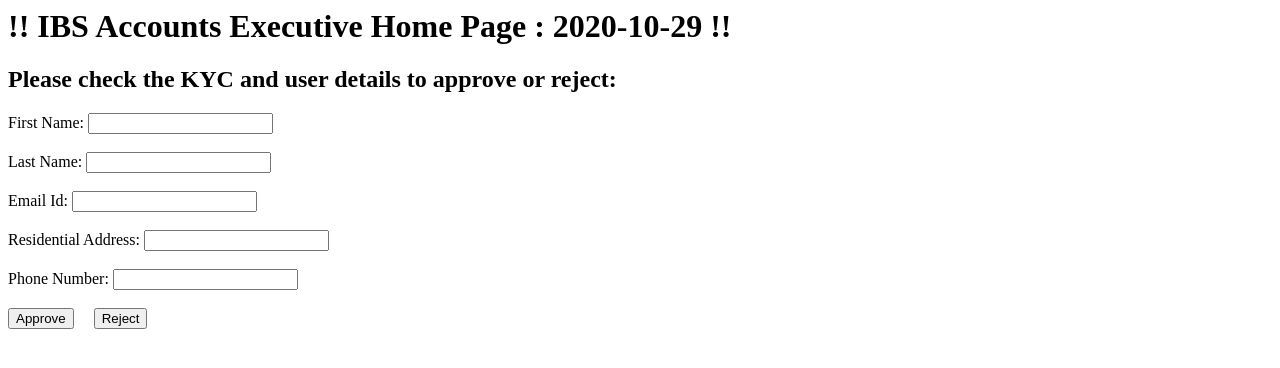
Repository: anik84/ibs
Page: http://localhost/IBS/ibs_accounts_executive_home_form.jsp
An editor plug-in stored every save of this project. The page is shown before and after the next save, followed by the edit.
The browser window is 1280 px wide. The pictures show the whole page.
The page is served by Tomcat 9. Other server files are loaded and not shown.

Above is the page before, as saved 2020-10-29 16:19:03.

### IBS_JSPs/IBS/WebContent/ibs_accounts_executive_home_form.jsp
<%@page import="java.time.LocalDate"%>
<html>
<head>
<title>ibs accounts executive home page</title>
</head>
<body>
	<h1>
		!! IBS Accounts Executive Home Page :
		<%=LocalDate.now()%>
		!!
	</h1>
	<h2>Please check the KYC and user details to approve or reject:</h2>

	<form action="addotherbenefacct" method="POST">
		<div>
			<label>First Name: </label> <input type="text" name="firstName"
				required />
		</div>
		<br />
		<div>
			<label>Last Name: </label> <input type="text" name="lastName"
				required />
		</div>
		<br />
		<div>
			<label>Email Id: </label> <input type="text" name="emailId" required />
		</div>
		<br />
		<div>
			<label>Residential Address: </label> <input type="text"
				name="address" required />
		</div>
		<br />
		<div>
			<label>Phone Number: </label> <input type="number" name="phoneNo"
				required />
		</div>
		<br />
		<div>
			<button>Approve</button>&nbsp;&nbsp;&nbsp;&nbsp;
			<button>Reject</button>
		</div>
	</form>
</body>
</html>

After the next save:
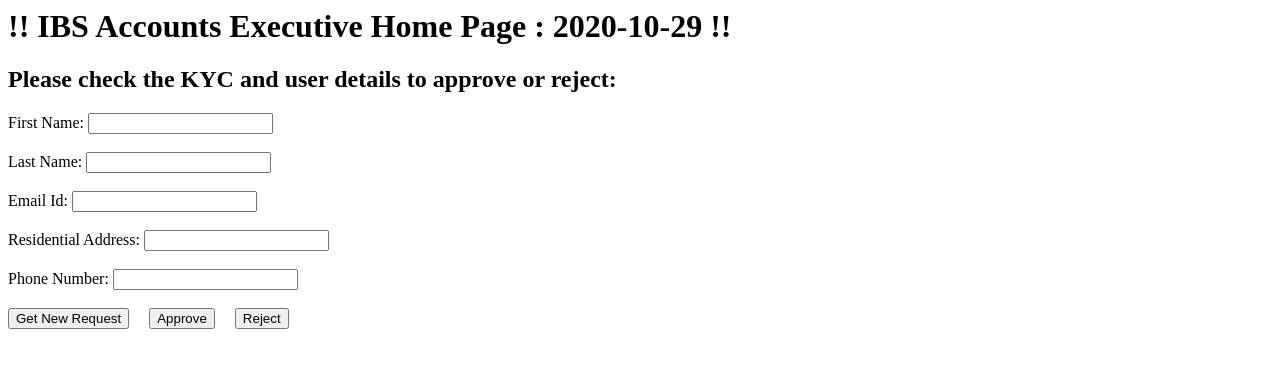
Saved 4 min 23 s later.
--- a/IBS_JSPs/IBS/WebContent/ibs_accounts_executive_home_form.jsp
+++ b/IBS_JSPs/IBS/WebContent/ibs_accounts_executive_home_form.jsp
@@ -37,6 +37,7 @@
 		</div>
 		<br />
 		<div>
+		<button>Get New Request</button>&nbsp;&nbsp;&nbsp;&nbsp;
 			<button>Approve</button>&nbsp;&nbsp;&nbsp;&nbsp;
 			<button>Reject</button>
 		</div>
